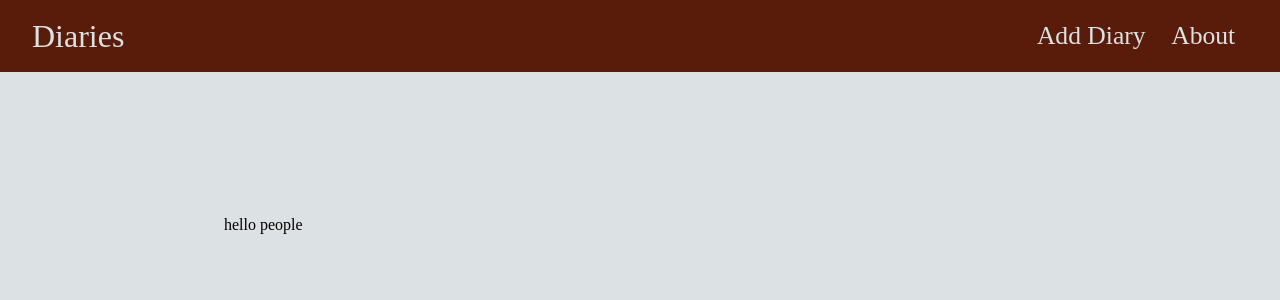
Repository: Tun-Dev/mydiary
Page: /
The author's editor kept a copy of each file at every save. The page is drawn from the files as they stood at one save, then again after the next save.
The browser window is 1280 px wide. The pictures show the whole page.
The project was rebuilt for these pictures with package versions that can differ from the ones it lists, and the page was loaded fresh each time.

Above is the page before, as saved 2021-05-10 12:33:51.

### src/index.js
import React from 'react';
import ReactDOM from 'react-dom';
import {BrowserRouter} from 'react-router-dom'
import App from './App';


ReactDOM.render(

  <React.StrictMode>
  <BrowserRouter>
    <App />
    </BrowserRouter>
  </React.StrictMode>,
  document.getElementById('root')
);

// If you want to start measuring performance in your app, pass a function
// to log results (for example: reportWebVitals(console.log))
// or send to an analytics endpoint. Learn more: https://bit.ly/CRA-vitals

### src/App.js
import React, { useState, useEffect} from "react";
import GlobalStyle from './GlobalStyle'

// import styles
import Nav from './Layout/Nav.js';

function App() {
  // const [ name, setName ] = useState("");
  // useEffect( () => {
  //   fetch("https://my-json-server.typicode.com/Codeinwp/front-end-internship-api/posts")
  // .then((response) => response.json())
  // .then((data) => setName(data)
  // )
  // }, [] )
  return (
    <div className="App">
    <GlobalStyle />
    <Nav />
    <div className="container">
      <p>hello people </p>
    </div>
    </div>
  );
}

export default App;

### src/GlobalStyle.js
import {createGlobalStyle} from 'styled-components';

const GlobalStyle = createGlobalStyle`
  * {
      margin: 0;
      padding: 0;
      box-sizing: border-box;
  }
  body {

 background-color: #dce1e3;
}
 a {
    text-decoration: none;
}
.container {
    margin: 9rem 14rem;
}
`

export default GlobalStyle;

### src/Layout/Nav.js
import React from 'react';
import styled from 'styled-components';
import {Link} from 'react-router-dom'

const Nav = () => {
    return (
        <NavBar>
          <nav>
         <div className="header">
           Diaries
         </div>
         <ul className="navItens">
           <li><Link to="">Add Diary</Link></li>
           <li><Link to="">About</Link></li>
         </ul>
          </nav>
        </NavBar>
    )
}
const NavBar = styled.div`

  nav {
    display: flex;
    justify-content: space-between;
    align-items: center;
    background-color: #591c0b;
     height: 10vh;
     color: #dce1e3;
}
.header {
    margin: 0 2rem;
    font-size: 2rem;
}
ul {
    display: flex;
    margin: 0 2rem;
}
ul li {
    list-style: none;
    margin: 0 0.8rem;
}
ul li a {
    color: #dce1e3;
    font-size: 1.6rem;
}
`;

export default Nav;

Loaded but not shown: public/index.html (common file)

After the next save:
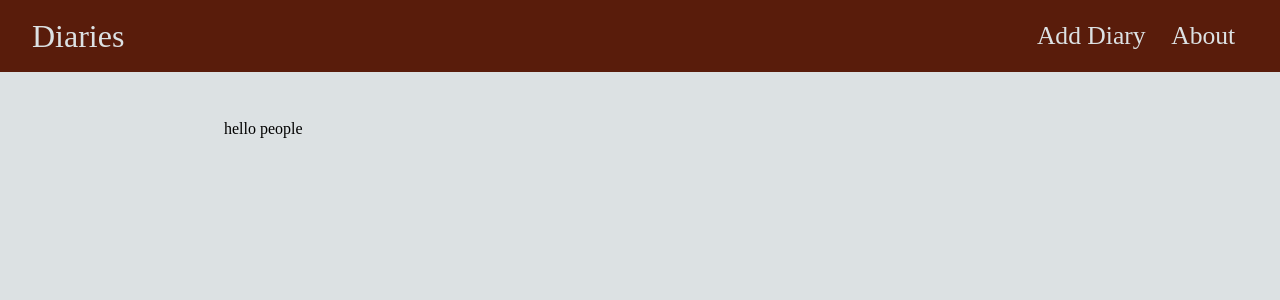
Saved 17 s later.
--- a/src/GlobalStyle.js
+++ b/src/GlobalStyle.js
@@ -14,7 +14,7 @@ const GlobalStyle = createGlobalStyle`
     text-decoration: none;
 }
 .container {
-    margin: 9rem 14rem;
+    margin: 3rem 14rem;
 }
 `
 
